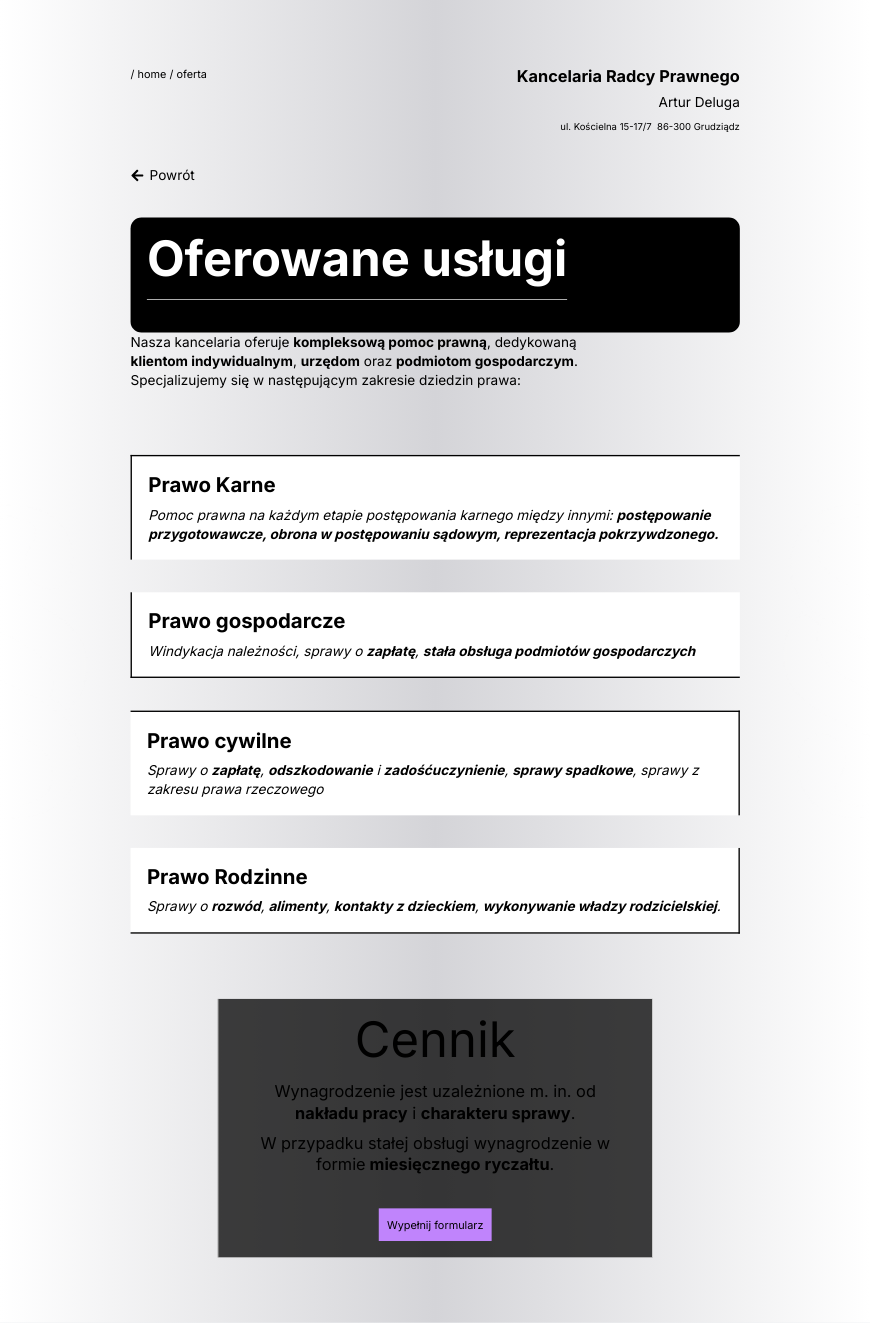
Repository: wesiudev/kancelaria-artur-deluga
Page: /oferta
The author's editor kept a copy of each file at every save. The page is drawn from the files as they stood at one save, then again after the next save.
The browser window is 1280 px wide. The pictures show the whole page, at 68% of full size.
The project was rebuilt for these pictures with package versions that can differ from the ones it lists, and the page was loaded fresh each time. The framework's server and built-in components were replaced by stand-ins that run in the browser. Also part of the build but not shown: next.config.js.

Above is the page before, as saved 2023-08-09 16:30:59.

After the next save:
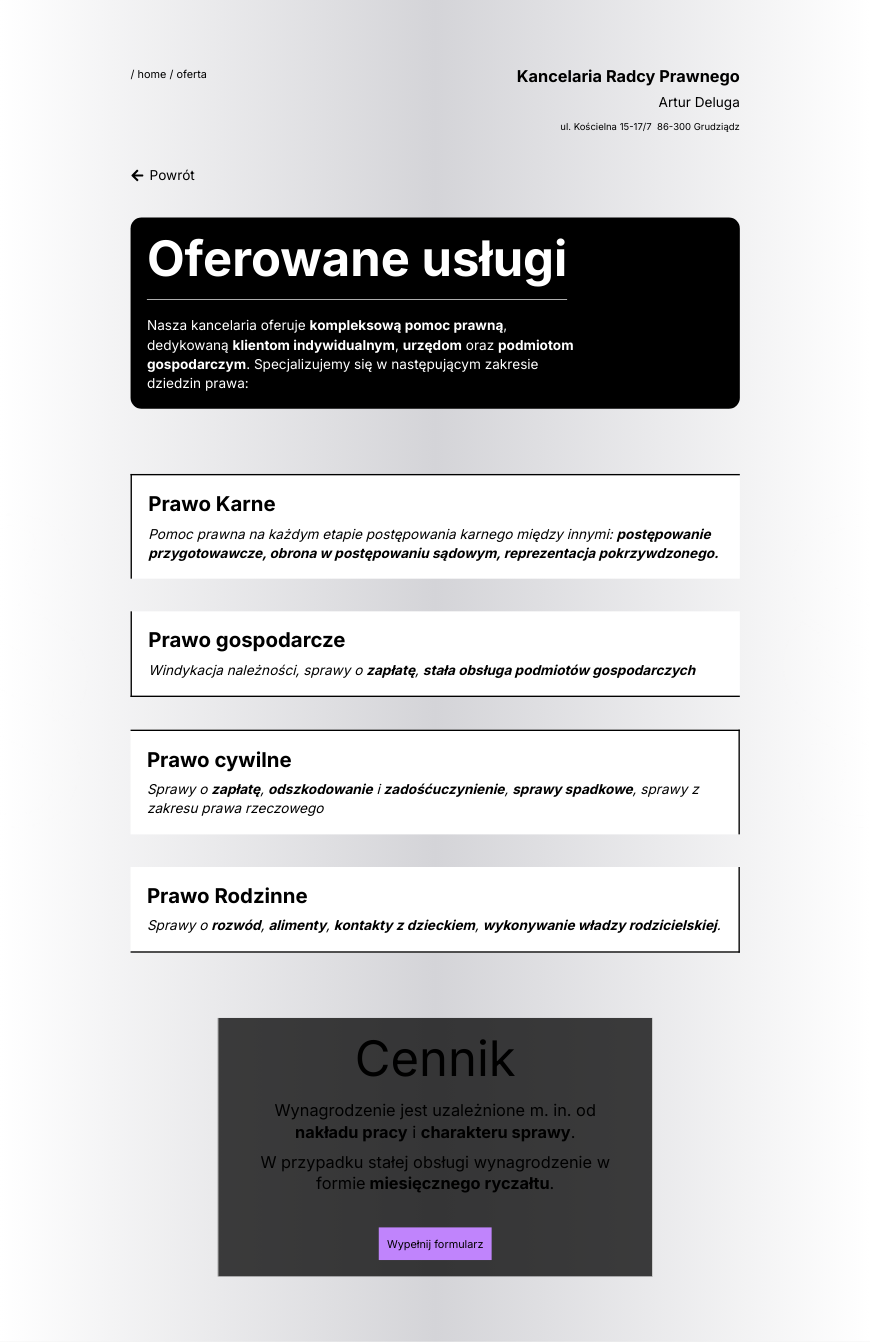
Saved 12 s later.
--- a/app/oferta/page.tsx
+++ b/app/oferta/page.tsx
@@ -99,16 +99,17 @@ export default function OfferMobile() {
                 </h1>
                 <div className="h-px w-full my-6 bg-white" />
               </div>
-            </div>
-            <h2 className="text-left text-xl w-full lg:w-3/4 ">
-              Nasza kancelaria oferuje{" "}
-              <span className="font-bold"> kompleksową pomoc prawną</span>,
-              dedykowaną{" "}
-              <span className="font-bold">klientom indywidualnym</span>,{" "}
-              <span className="font-bold">urzędom</span> oraz{" "}
-              <span className="font-bold">podmiotom gospodarczym</span>.
-              Specjalizujemy się w następującym zakresie dziedzin prawa:
-            </h2>
+
+              <h2 className="text-left text-xl w-full lg:w-3/4 ">
+                Nasza kancelaria oferuje{" "}
+                <span className="font-bold"> kompleksową pomoc prawną</span>,
+                dedykowaną{" "}
+                <span className="font-bold">klientom indywidualnym</span>,{" "}
+                <span className="font-bold">urzędom</span> oraz{" "}
+                <span className="font-bold">podmiotom gospodarczym</span>.
+                Specjalizujemy się w następującym zakresie dziedzin prawa:
+              </h2>
+            </div>
           </div>
           <div className="relative text-black flex flex-col space-y-12 mt-24">
             <div className="max-h-[50vh] border-0 hover:scale-105 duration-300 hover:bg-opacity-100 cursor-default  md:border-l-2 md:border-t-2 border-black bg-white  flex flex-col p-6 justify-between">
